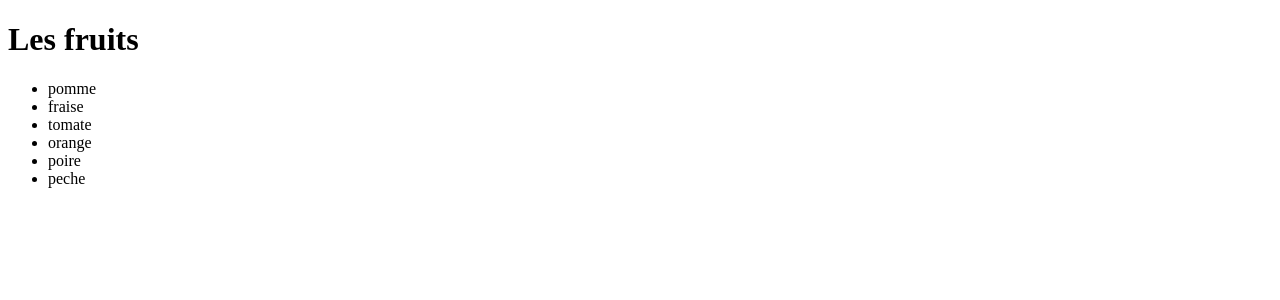
Repository: ThomasMTNB/EclipseJSP-JEE-JSTL
Page: http://localhost/TestServlet/Fruit
The author's editor kept a copy of each file at every save. The page is drawn from the files as they stood at one save, then again after the next save.
The browser window is 1280 px wide. The pictures show the whole page.
The page is served by Tomcat 9.

Above is the page before, as saved 2022-06-28 13:49:55.

### TestServlet/src/main/webapp/WEB-INF/Fruit.jsp
<%@ page language="java" contentType="text/html; charset=ISO-8859-1"
	pageEncoding="ISO-8859-1"%>
<!DOCTYPE html>
<html>
<head>
<meta charset="ISO-8859-1">
<title>Frutz</title>
</head>
<body>
	<h1>Les fruits</h1>

	<ul>
		<li>pomme</li>
		<li>fraise</li>
		<li>tomate</li>
		<li>orange</li>
		<li>poire</li>
		<li>peche</li>


	</ul>

</body>
</html>

### TestServlet/src/main/java/servlet/FruitServlet.java
package servlet;

import java.io.IOException;
import javax.servlet.ServletException;
import javax.servlet.annotation.WebServlet;
import javax.servlet.http.HttpServlet;
import javax.servlet.http.HttpServletRequest;
import javax.servlet.http.HttpServletResponse;

/**
 * Servlet implementation class FruitServlet
 */

public class FruitServlet extends HttpServlet {
	private static final long serialVersionUID = 1L;

    /**
     * @see HttpServlet#HttpServlet()
     */
    public FruitServlet() {
        super();
        // TODO Auto-generated constructor stub
    }

	/**
	 * @see HttpServlet#doGet(HttpServletRequest request, HttpServletResponse response)
	 */
	protected void doGet(HttpServletRequest request, HttpServletResponse response) throws ServletException, IOException {

		this.getServletContext().getRequestDispatcher("/WEB-INF/Fruit.jsp").forward(request, response);


	}


}

After the next save:
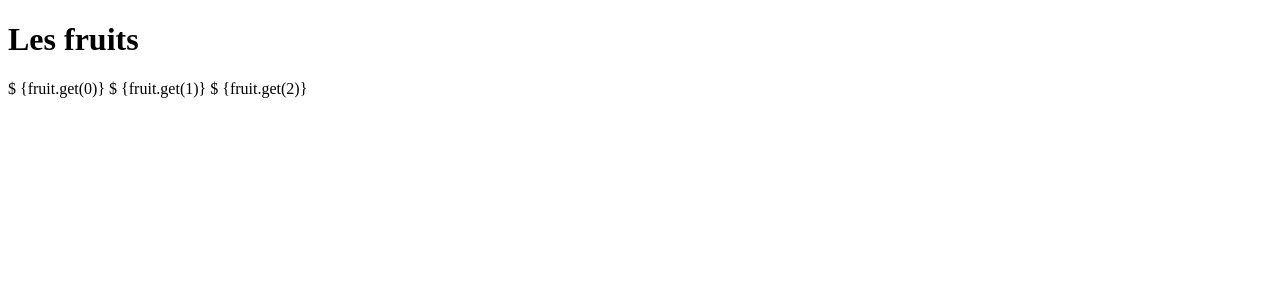
Saved 32 min 48 s later.
--- a/TestServlet/src/main/webapp/WEB-INF/Fruit.jsp
+++ b/TestServlet/src/main/webapp/WEB-INF/Fruit.jsp
@@ -9,16 +9,13 @@
 <body>
 	<h1>Les fruits</h1>
 
-	<ul>
-		<li>pomme</li>
-		<li>fraise</li>
-		<li>tomate</li>
-		<li>orange</li>
-		<li>poire</li>
-		<li>peche</li>
+	<p>
 
+	$ {fruit.get(0)}
+	$ {fruit.get(1)}
+	$ {fruit.get(2)}
 
-	</ul>
+	</p>
 
 </body>
 </html>
